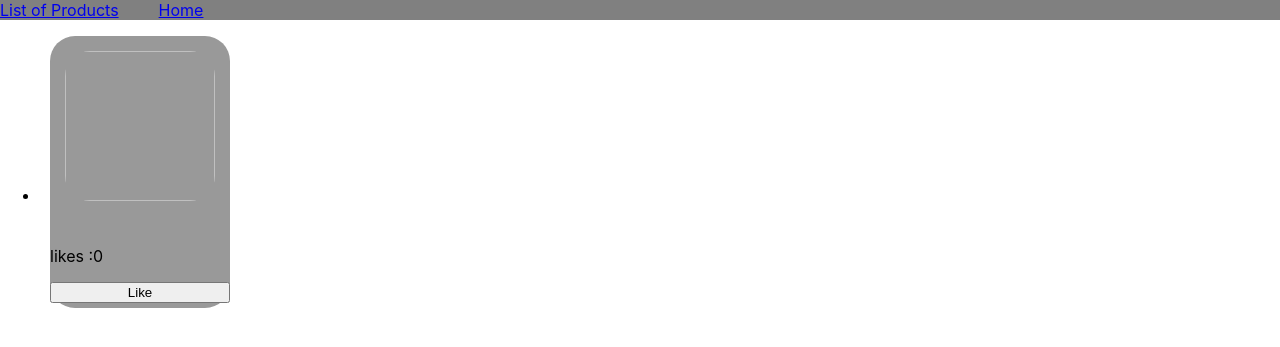
Repository: HibaMateur/atelier1-React
Page: /products/details/Juice bottle
The author's editor kept a copy of each file at every save. The page is drawn from the files as they stood at one save, then again after the next save.
The browser window is 1280 px wide. The pictures show the whole page.
The project was rebuilt for these pictures with package versions that can differ from the ones it lists, and the page was loaded fresh each time. Also part of the build but not shown: src/App.css, src/component/home.component.jsx, src/component/product.list.component.jsx.

Above is the page before, as saved 2022-02-10 22:03:55.

### src/App.js
import { BrowserRouter, Route, Routes, Switch } from "react-router-dom";
import styled from "styled-components";
import "./App.css";
import Home from "./component/home.component";
import ProductsDetails from "./component/product.details.component";

import ProductList from "./component/product.list.component";
import NavBar from "./navBar/navBar";

function App() {
  return (
    <div>
      <BrowserRouter>
        <NavBar />
        <Routes>
          <Route exact path="/home" element={<Home />}></Route>
          <Route path="/products/list" exact element={<ProductList />}></Route>
          <Route
            path="/products/details/:productName"
            exact
            element={<ProductsDetails />}
          ></Route>
        </Routes>
      </BrowserRouter>
    </div>
  );
}

export default App;

### src/component/product.details.component.jsx
import Product from "./product.component";
import Products from "../product.json";
import { useState } from "react";

function ProductsDetails() {
  const [products, setProducts] = useState("");
  const fetchData = async () => {
    setProducts(Products.data);
  };
  return (
    <div>
      <ul>
        <li key={Products.name}>
          <Product
            name={Products.name}
            price={Products.price}
            img={Products.img}
          />
        </li>
      </ul>
    </div>
  );
}
export default ProductsDetails;

### src/navBar/navBar.jsx
import styled from "styled-components";
import React from "react";
import { Link, NavLink } from "react-router-dom";
const NavBar = () => {
  return (
    <HeaderFrame>
      <Link to="/products/list"> List of Products</Link>

      <Link to="/home"> Home</Link>
    </HeaderFrame>
  );
};
const HeaderFrame = styled.div`
  min-height: 10px;
  min-width: 100%;
  column-gap: 40px;
  background-color: gray;
  display: flex;
  flex-direction: row;
  & > ul {
    list-style: none;
    display: flex;
    & > li:not(:nth-child(1)) {
      margin-left: 10px;
    }
  }
`;
export default NavBar;

### src/component/product.component.jsx
import { Component, useEffect } from "react";
import styled from "styled-components";
import React, { useState } from "react";
import { Link } from "react-router-dom";

function Product(props) {
  const [likes, setLikes] = useState(0);
  const [color, setColor] = useState("");
  const buttonClick = () => {
    setLikes(likes + 1);
    if (likes >= 4) {
      setColor("red");
    }
  };

  return (
    <ProductFrame style={{ background: color }}>
      <ProductImageWrapper>
        <ProductImage src={props.img}></ProductImage>
      </ProductImageWrapper>
      <Link to={`/products/details/${props.name}`}>
        <ProductInfoWrapper>{props.name}</ProductInfoWrapper>
      </Link>
      <ProductInfoWrapper>{props.price}</ProductInfoWrapper>
      <p>likes :{likes}</p>

      <ProductInfoWrapper>
        <button onClick={buttonClick}>Like</button>
      </ProductInfoWrapper>
    </ProductFrame>
  );
}
const ProductFrame = styled.div`
  width: 180px;
  border-radius: 25px;

  background-color: rgb(110, 110, 110, 0.7);
  margin: 10px;
  display: flex;
  flex-direction: column;
  flexwrap: "wrap";
`;
const ProductImageWrapper = styled.div`
  margin: 15px;
  max-width: 100%;
`;
const ProductImage = styled.img`
  width: 100%;
  height: 150px;
  border-radius: 25px;
`;
const ProductInfoWrapper = styled.div`
  margin-top: auto;
  margin-bottom: 5px;
  display: flex;
  flex-direction: column;
  & > span {
    text-align: center`;

export default Product;

### src/product.json
[
  {
    "name": "Water bottle",
    "price": "0.6",
    "img": "https://previews.123rf.com/images/eugene78/eugene781702/eugene78170200180/71940602-blank-plastic-water-bottle.jpg"
  },
  {
    "name": "Juice bottle",
    "price": "1.5",
    "img": "https://5.imimg.com/data5/JD/FY/MY-2693864/juice-bottle-500x500.jpg"
  },
  {
    "name": "Milk",
    "price": "1.2",
    "img": "https://lakelandcamel.scene7.com/is/image/LakelandCamel/26391_1?$800$"
  }
]

Loaded but not shown: public/index.html (common file); src/index.js (common file); src/index.css (common file); src/reportWebVitals.js (common file)

After the next save:
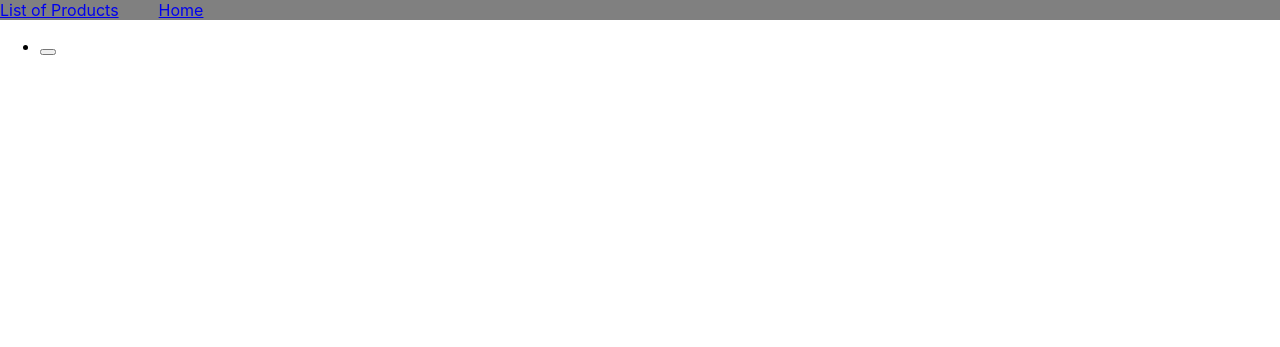
Saved 39 s later.
--- a/src/component/product.details.component.jsx
+++ b/src/component/product.details.component.jsx
@@ -11,11 +11,7 @@ function ProductsDetails() {
     <div>
       <ul>
         <li key={Products.name}>
-          <Product
-            name={Products.name}
-            price={Products.price}
-            img={Products.img}
-          />
+          <button onClick={fetchData}></button>
         </li>
       </ul>
     </div>
